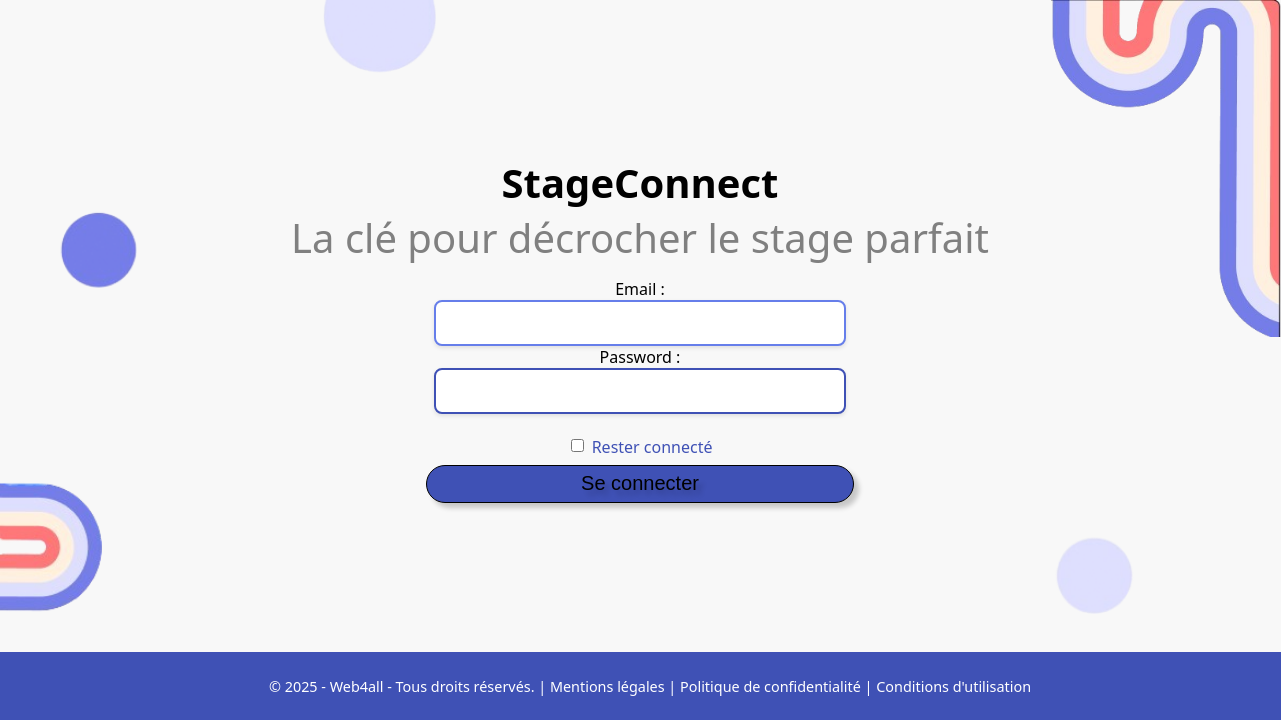
Repository: Guyllem/GroupeWeb
Page: pages/connexion.html
The author's editor kept a copy of each file at every save. The page is drawn from the files as they stood at one save, then again after the next save.
The browser window is 1280 px wide. The page is 1281 px wide, so the pictures cover 1281 px, including what lies to the right of the window. The pictures show the whole page.
The first visible `.email-form input` has the focus.

Above is the page before, as saved 2025-02-13 18:36:55.

After the next save:
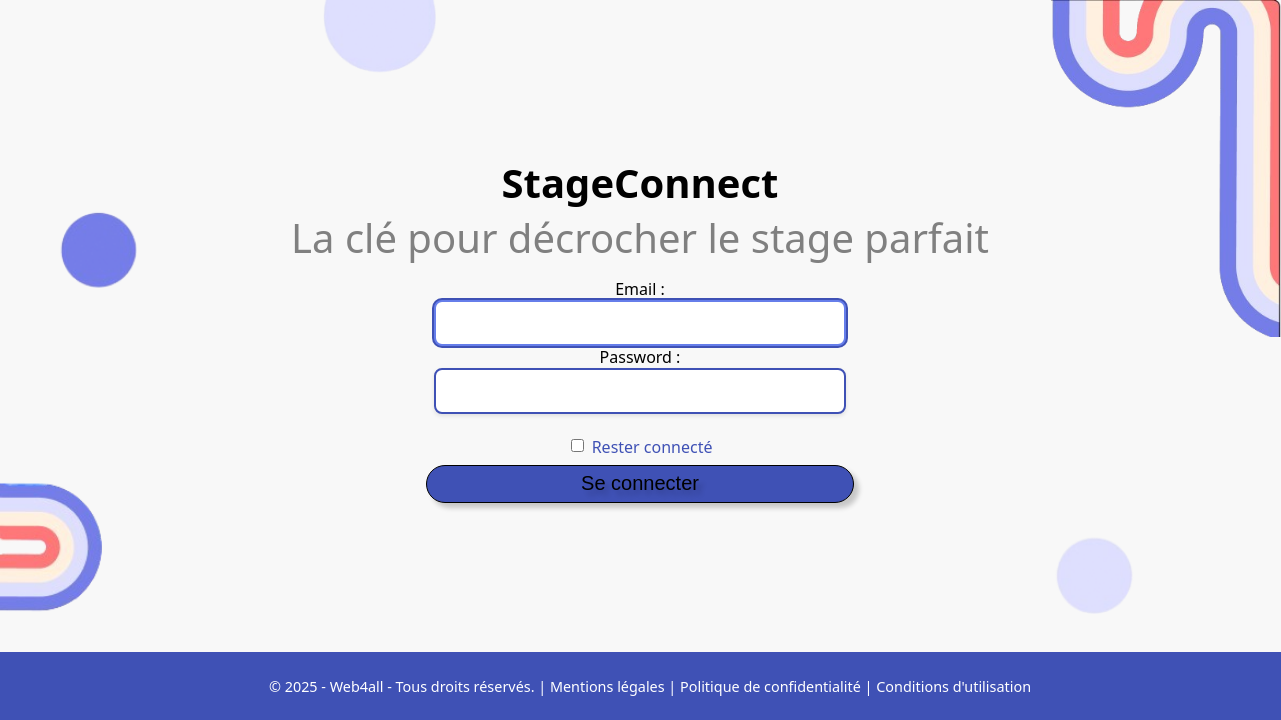
Saved 4 s later.
--- a/styles.css
+++ b/styles.css
@@ -154,5 +154,5 @@ footer a {
 .email-form input:focus{
     border-color: #667eea; /* Bordure bleue */
     outline: none; /* Supprime la bordure par défaut */
-    box-shadow: 0 0 0 px #3F51B5;
+    box-shadow: 0 0 0 2px #3F51B5;
 }
